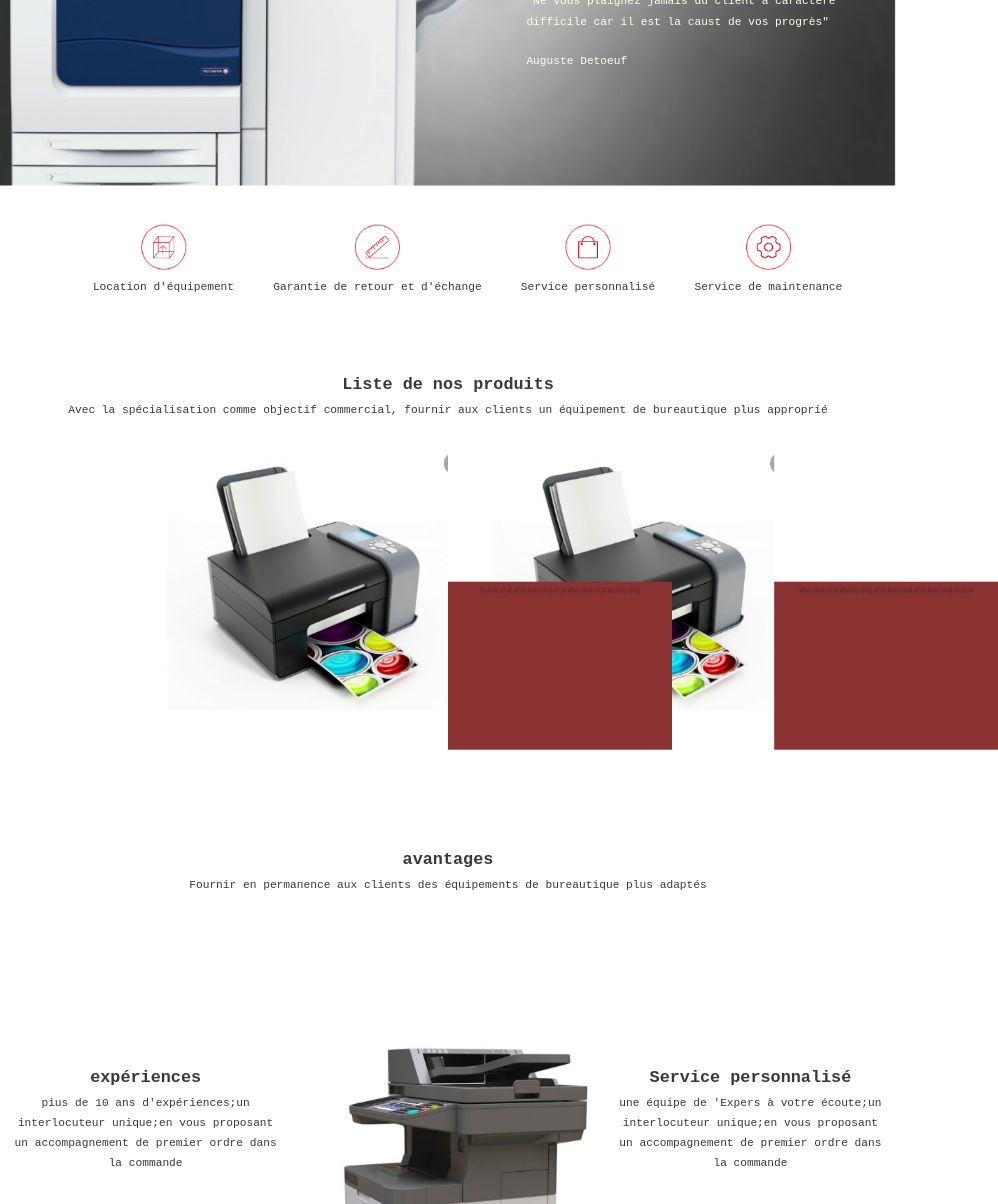
Repository: clairedupuich/sv_print
Page: index.html
The author's editor kept a copy of each file at every save. The page is drawn from the files as they stood at one save, then again after the next save.
The browser window is 1280 px wide. The page is 1426 px wide, then 1394 px, so the pictures cover 1426 px, including what lies to the right of the window. The pictures show the part of the page from y = 440 to 2160 px (the page is 4261 px tall), at 70% of full size.

Above is the page before, as saved 2020-12-02 23:17:33.
Console error: TypeError: Cannot read properties of null (reading 'appendChild')

After the next save:
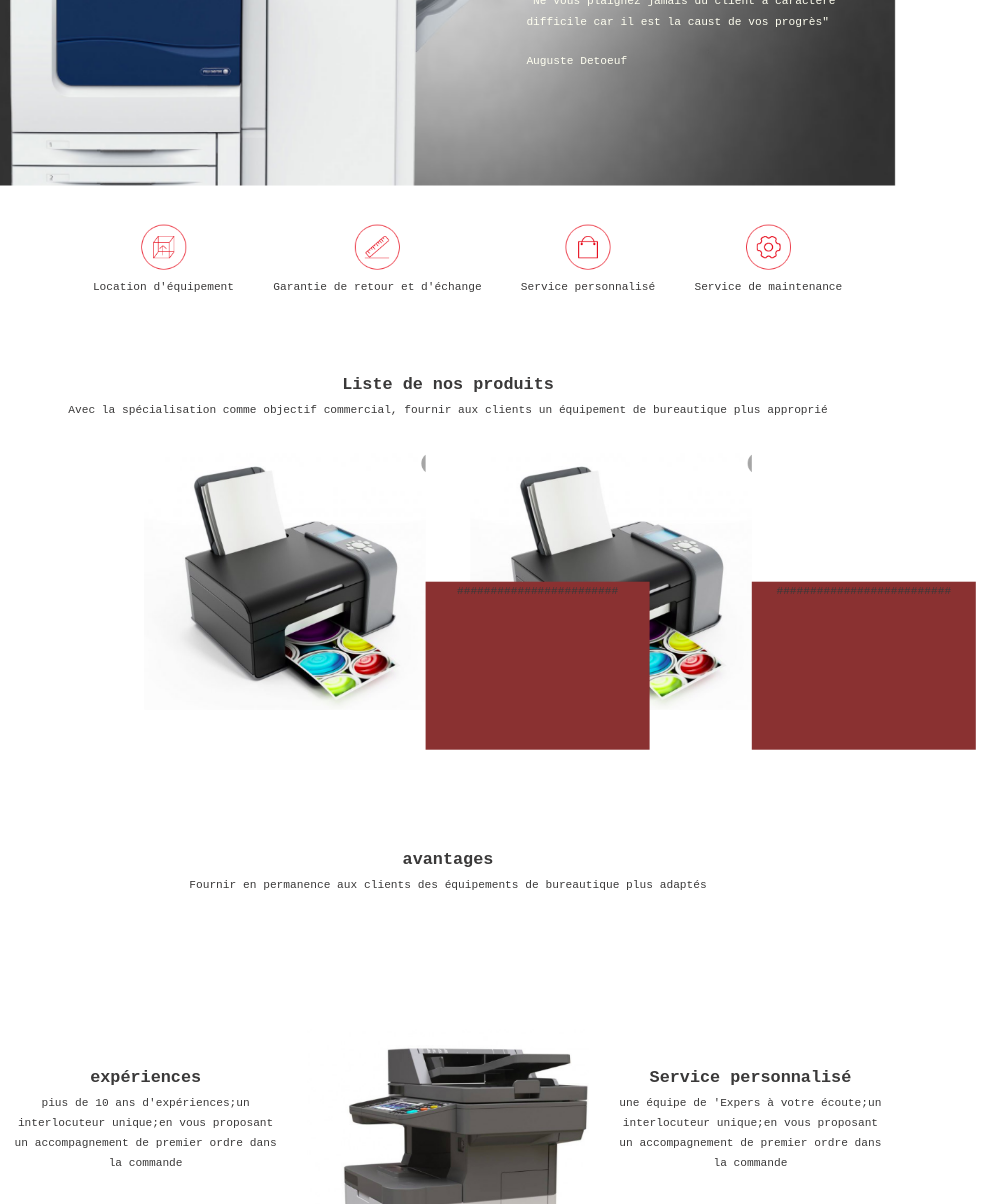
Saved 3 s later.
--- a/style.css
+++ b/style.css
@@ -172,7 +172,7 @@
     background-color: rgb(138, 49, 49);
    /*  display: none; */
 }
-.produit_list {
+.produit_list2 {
     margin-left: 4em;
 }
 .produit_list:hover +.product_discription {
